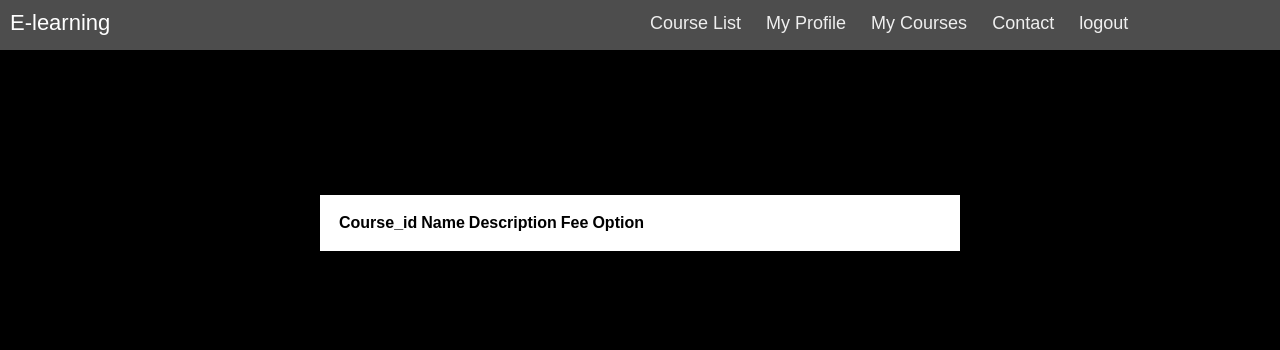
Repository: hemanthchallacs/learning_spring_boot
Page: http://localhost/courseList
An editor plug-in stored every save of this project. The page is shown before and after the next save, followed by the edit.
The browser window is 1280 px wide. The pictures show the whole page.
The page is this project's Thymeleaf template; nobody is signed in. The template is opened directly, without the code that normally fills it, so the values that code supplies are empty.

Above is the page before, as saved 2021-07-12 19:58:38.

After the next save:
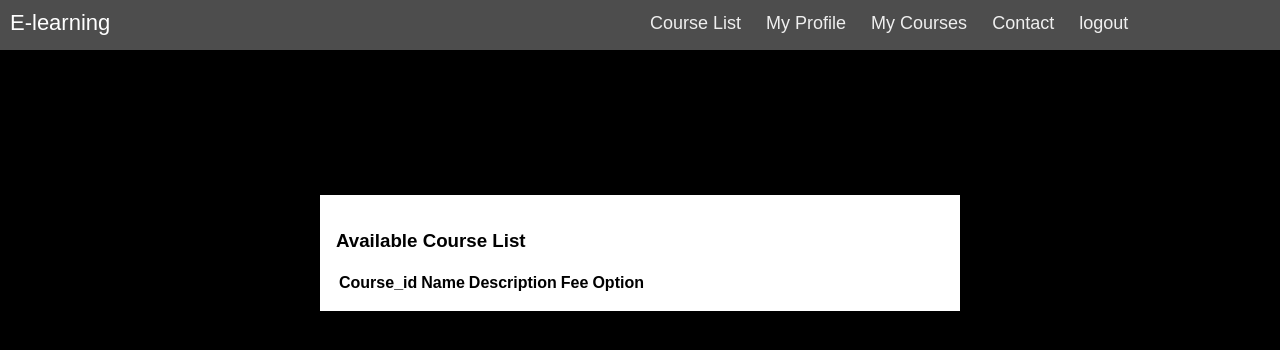
Saved 42 s later.
--- a/ver1_elearning/src/main/resources/templates/courseList.html
+++ b/ver1_elearning/src/main/resources/templates/courseList.html
@@ -243,6 +243,7 @@ a {
 <h3>Course List</h3>
 <div style="width:100%;height:100px;border:0px solid #000;color:green;margin:auto"><h2 style="float:right" th:text="${message}"></h2></div>
 <div class="container">
+<h3>Available Course List</h3>
 <table id="customer">
 
 	<tr>
